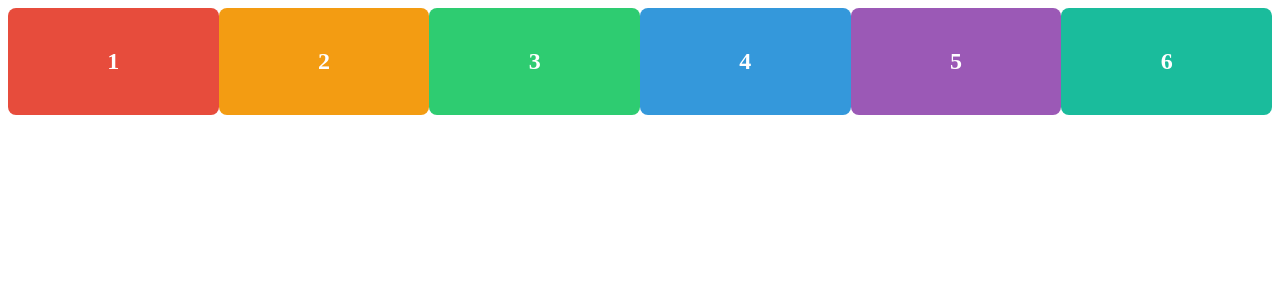
Repository: mertfurkandgn/artpainting
Page: card-1/index.html
An editor plug-in stored every save of this project. The page is shown before and after the next save, followed by the edit.
The browser window is 1280 px wide. The pictures show the whole page.

Above is the page before, as saved 2025-07-30 21:38:06.

### card-1/index.html
<!DOCTYPE html>
<html lang="en">
  <head>
    <meta charset="UTF-8" />
    <meta name="viewport" content="width=device-width, initial-scale=1.0" />
    <title>Card 1</title>
    <link rel="stylesheet" href="css/style.css" />
  </head>
  <body>
    <main>
      <section class="card-section">
        <div class="container">
          <div class="row">
            <div class="card">
              <div class="grid-container">
                <div class="item">1</div>
                <div class="item">2</div>
                <div class="item">3</div>
                <div class="item">4</div>
                <div class="item">5</div>
                <div class="item">6</div>
              </div>
            </div>
          </div>
        </div>
      </section>
    </main>
  </body>
</html>

### card-1/css/style.css
.grid-container{
    display: grid;
 grid-template-columns: repeat(auto-fit, minmax(200px, 1fr));}
.item {
      color: white;
      padding: 40px 0;
      font-size: 24px;
      text-align: center;
      border-radius: 8px;
      font-weight: bold;
    }

    /* Her kutuya farklı arka plan rengi */
    .item:nth-child(1) { background-color: #e74c3c; } /* kırmızı */
    .item:nth-child(2) { background-color: #f39c12; } /* turuncu */
    .item:nth-child(3) { background-color: #2ecc71; } /* yeşil */
    .item:nth-child(4) { background-color: #3498db; } /* mavi */
    .item:nth-child(5) { background-color: #9b59b6; } /* mor */
    .item:nth-child(6) { background-color: #1abc9c; } /* camgöbeği */

After the next save:
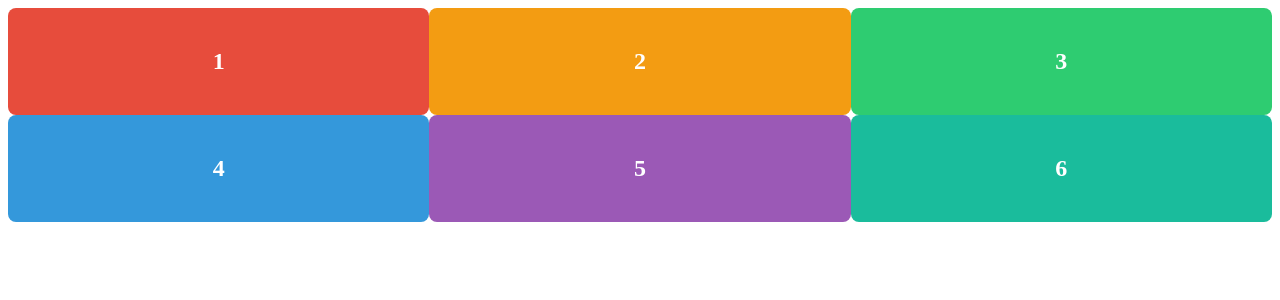
Saved 5 min 26 s later.
--- a/card-1/css/style.css
+++ b/card-1/css/style.css
@@ -8,6 +8,7 @@
       text-align: center;
       border-radius: 8px;
       font-weight: bold;
+       grid-column: span 2;
     }
 
     /* Her kutuya farklı arka plan rengi */
